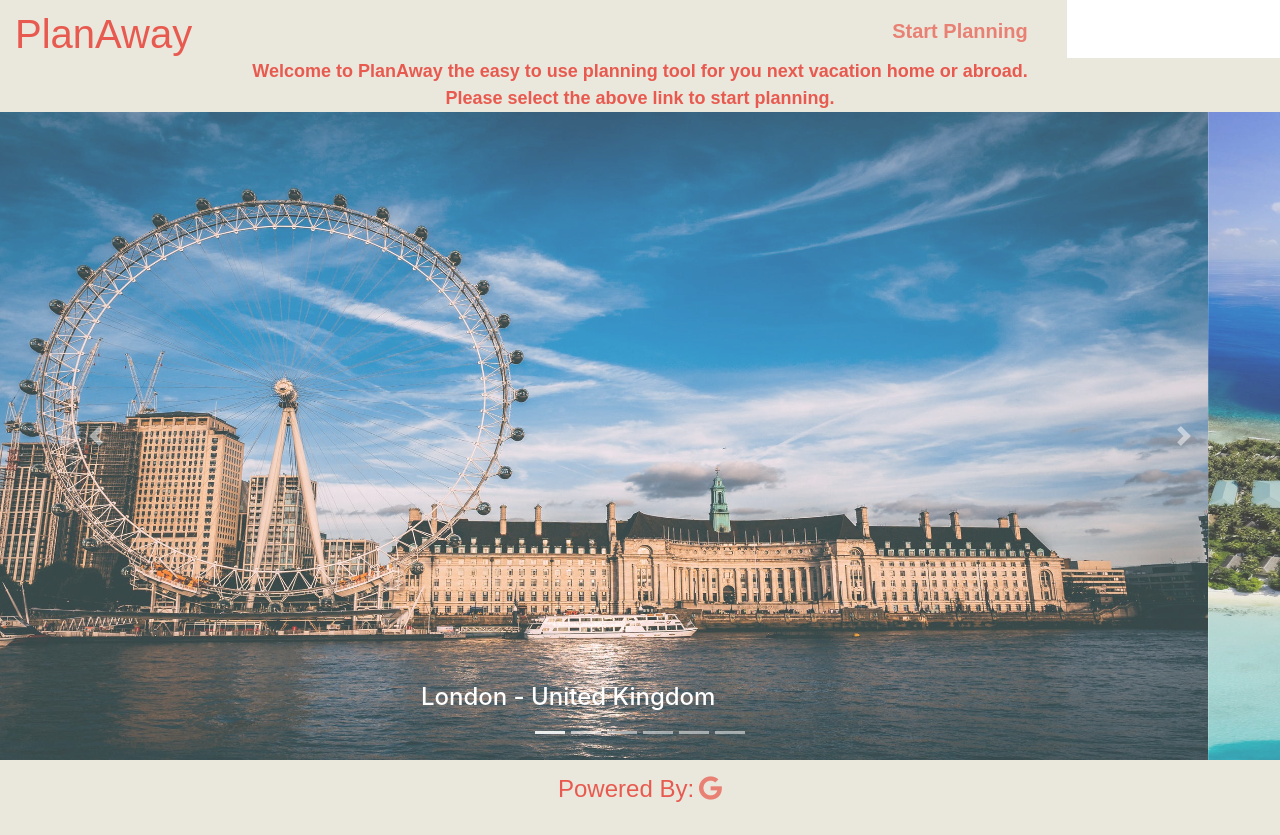
Repository: Brad000/PlanAway-Project
Page: index.html
The author's editor kept a record of every edit. The page is drawn from the files as they stood at one moment, then again after the next edit.
The browser window is 1280 px wide. The pictures show the whole page.
Some icons come from a web library that is not loaded, so they are not drawn. Some web fonts or font styles are not loaded; a fallback is used. Some web libraries are served in a nearby version.

Above is the page before.

After the next edit:
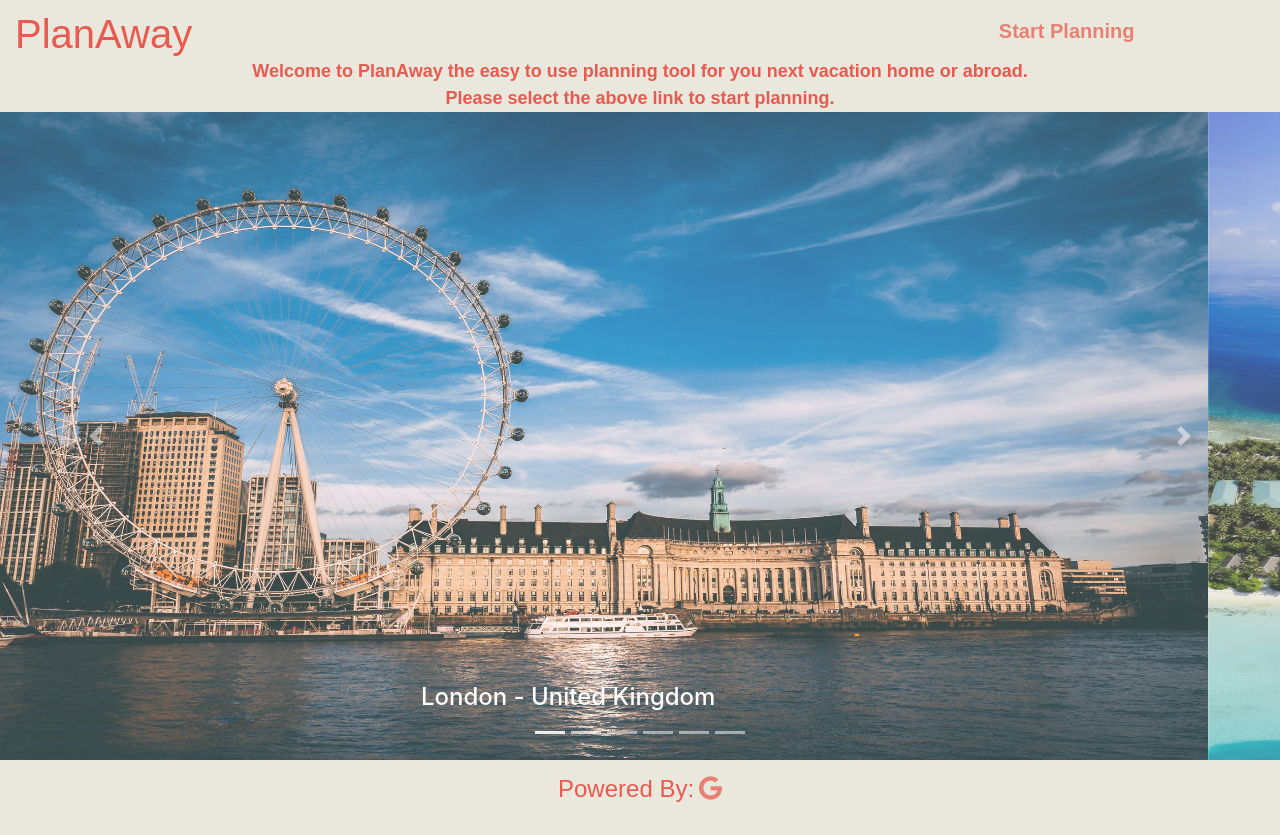
The edit:
--- a/index.html
+++ b/index.html
@@ -21,8 +21,8 @@
             <div class="col-12 col-md-8 site-heading">
                 <h1 class="site-name">PlanAway<i class="fal fa-plane-departure site-logo"></i></h1>
             </div>
-            <div class="col-12 col-md-2 site-heading">
-                <a href="abroad.html" id="a-links">
+            <div class="col-12 col-md-4 site-heading">
+                <a href="planner.html" id="a-links">
                     <h5 class="link-text"><i class="fal fa-globe-americas site-links"></i>Start Planning</h5>
                 </a>
             </div>
